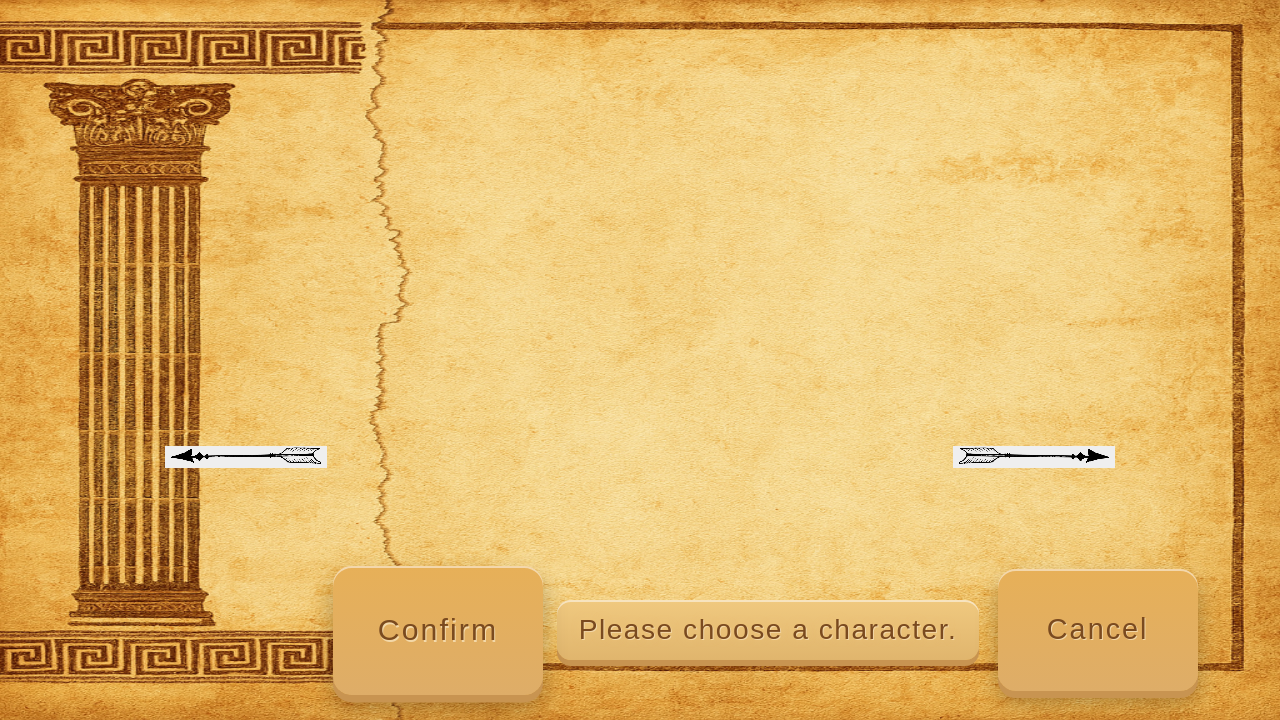
Repository: brianabariteau/Web-1-Final-Project-2025
Page: features/character-selection/character-selection.html
The author's editor kept a copy of each file at every save. The page is drawn from the files as they stood at one save, then again after the next save.
The browser window is 1280 px wide. The pictures show the whole page.
The pointer rests on the first visible `.confirm`.
The page's requests for data from a server got no answer. Some web fonts or font styles are not loaded; a fallback is used.

Above is the page before, as saved 2025-12-21 23:47:08.

After the next save:
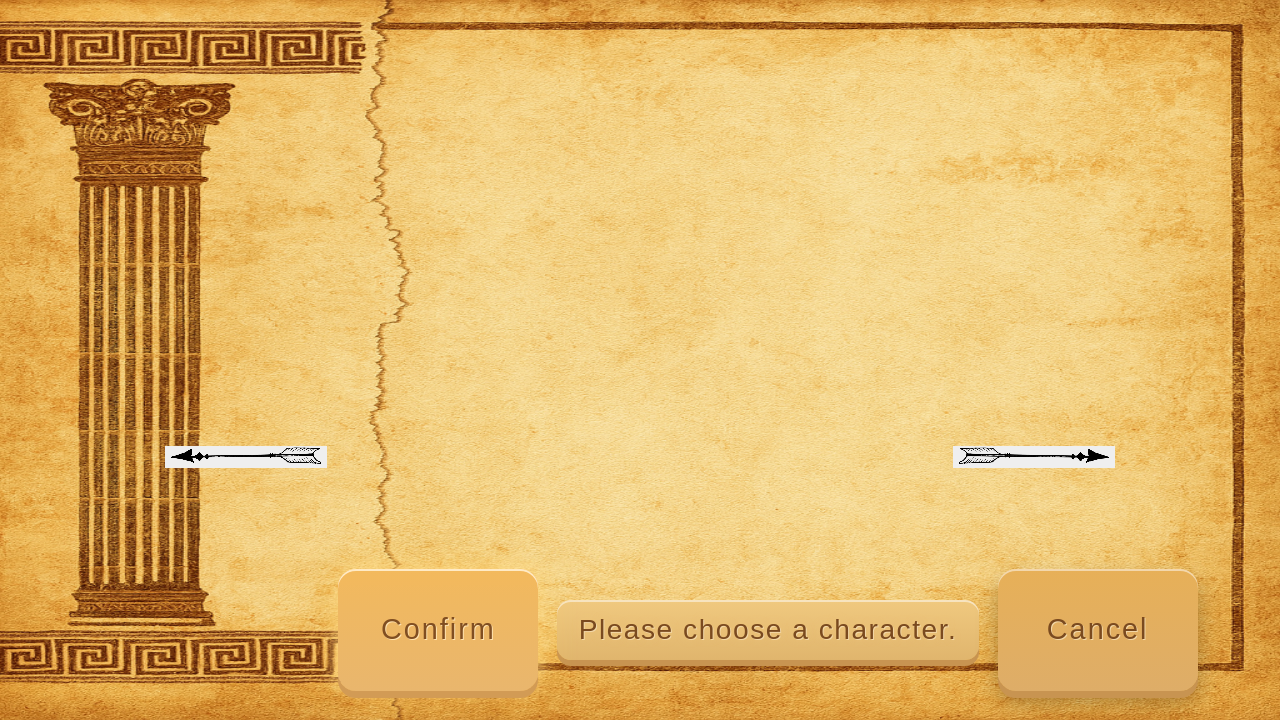
Saved 24 s later.
--- a/features/character-selection/character-selection.css
+++ b/features/character-selection/character-selection.css
@@ -272,7 +272,10 @@ body {
 
 .confirm:hover,
 .cancel:hover {
-  transform: scale(1.05);
+  filter: brightness(1.05);
+
+  box-shadow: inset 0 2px 0 rgba(255, 255, 255, 0.6), 0 7px 0 #c89451,
+    0 0 18px rgba(255, 210, 130, 0.7), 0 0 36px rgba(255, 200, 100, 0.4);
 }
 
 /* Position them near bottom-right like your drawing */
